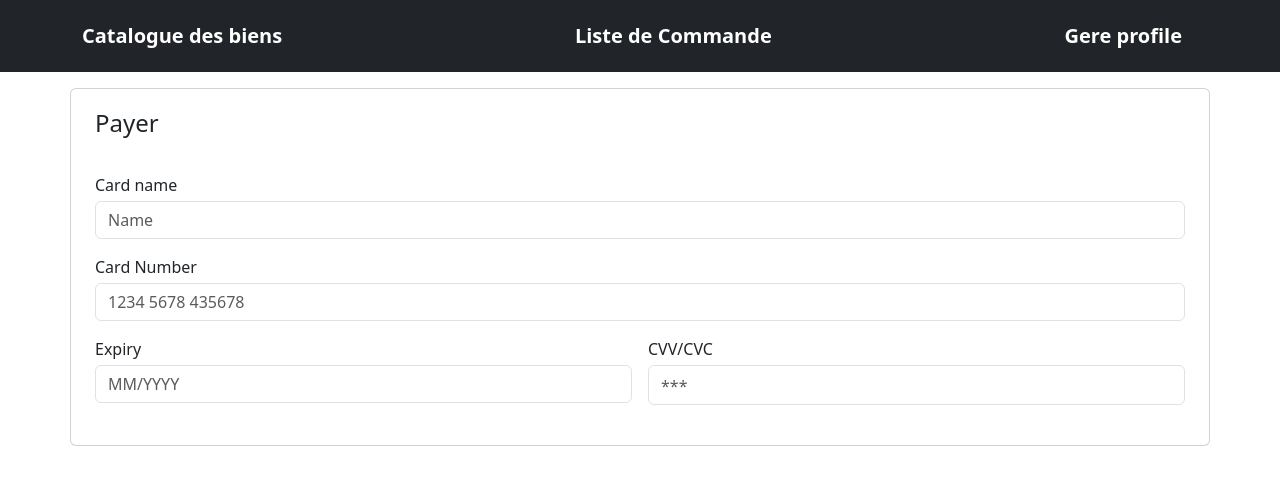
Repository: Jihad2909/Jakarta_Project_Agence_Location
Page: http://localhost/agence_location/payment
An editor plug-in stored every save of this project. The page is shown before and after the next save, followed by the edit.
The browser window is 1280 px wide. The pictures show the whole page.
The page is served by Tomcat 10. Other server files are loaded and not shown.

Above is the page before, as saved 2024-04-25 13:46:21.

### agence_location/src/main/webapp/WEB-INF/Views/payment.jsp
<%@ page language="java" contentType="text/html; charset=UTF-8"
    pageEncoding="UTF-8"%>
<!DOCTYPE html>
<html>
<head>
<meta charset="UTF-8">
<title>Insert title here</title>
    <link href="https://cdn.jsdelivr.net/npm/bootstrap@5.3.3/dist/css/bootstrap.min.css" rel="stylesheet" integrity="sha384-QWTKZyjpPEjISv5WaRU9OFeRpok6YctnYmDr5pNlyT2bRjXh0JMhjY6hW+ALEwIH" crossorigin="anonymous">

</head>
<body>
 <header>
      <div class="navbar p-3 navbar-dark bg-dark box-shadow">
        <div class="container d-flex justify-content-between">
          <a href="cata" class="navbar-brand d-flex align-items-left">
            <strong>Catalogue des biens</strong>
          </a>
          <a href="affichecommande" class="navbar-brand d-flex align-items-right">
            <strong>Liste de Commande</strong>
          </a>
          <a href="profile" class="navbar-brand d-flex align-items-right">
            <strong>Gere profile</strong>
          </a>
        </div>
      </div>
    </header>

	<div class="container p-0 mt-3">
        <div class="card px-4">
            <p class="h8 py-3 fs-4">Payer</p>
            <div class="row gx-3">
                <div class="col-12">
                    <div class="d-flex flex-column">
                        <p class="text mb-1">Card name</p>
                        <input class="form-control mb-3" type="text" placeholder="Name" required>
                    </div>
                </div>
                <div class="col-12">
                    <div class="d-flex flex-column">
                        <p class="text mb-1">Card Number</p>
                        <input class="form-control mb-3" type="text" placeholder="1234 5678 435678"required>
                    </div>
                </div>
                <div class="col-6">
                    <div class="d-flex flex-column">
                        <p class="text mb-1">Expiry</p>
                        <input class="form-control mb-3" type="text" placeholder="MM/YYYY" required>
                    </div>
                </div>
                <div class="col-6">
                    <div class="d-flex flex-column">
                        <p class="text mb-1">CVV/CVC</p>
                        <input class="form-control mb-3 pt-2 " type="password" placeholder="***" required>
                    </div>
                </div>
                <div class="col-12">
                    <button class="btn "></button>
                </div>
            </div>
        </div>
    </div>


</body>
</html>

### agence_location/src/main/java/Controllers/AffichePayment.java
package Controllers;

import jakarta.servlet.ServletException;
import jakarta.servlet.annotation.WebServlet;
import jakarta.servlet.http.HttpServlet;
import jakarta.servlet.http.HttpServletRequest;
import jakarta.servlet.http.HttpServletResponse;
import java.io.IOException;

@WebServlet("/payment")
public class AffichePayment extends HttpServlet {
	private static final long serialVersionUID = 1L;

    /**
     * @see HttpServlet#HttpServlet()
     */
    public AffichePayment() {
        super();
        // TODO Auto-generated constructor stub
    }


	protected void doGet(HttpServletRequest request, HttpServletResponse response) throws ServletException, IOException {
		request.getRequestDispatcher("/WEB-INF/Views/payment.jsp").forward(request, response);
	}

	/**
	 * @see HttpServlet#doPost(HttpServletRequest request, HttpServletResponse response)
	 */
	protected void doPost(HttpServletRequest request, HttpServletResponse response) throws ServletException, IOException {
		// TODO Auto-generated method stub
		doGet(request, response);
	}

}

After the next save:
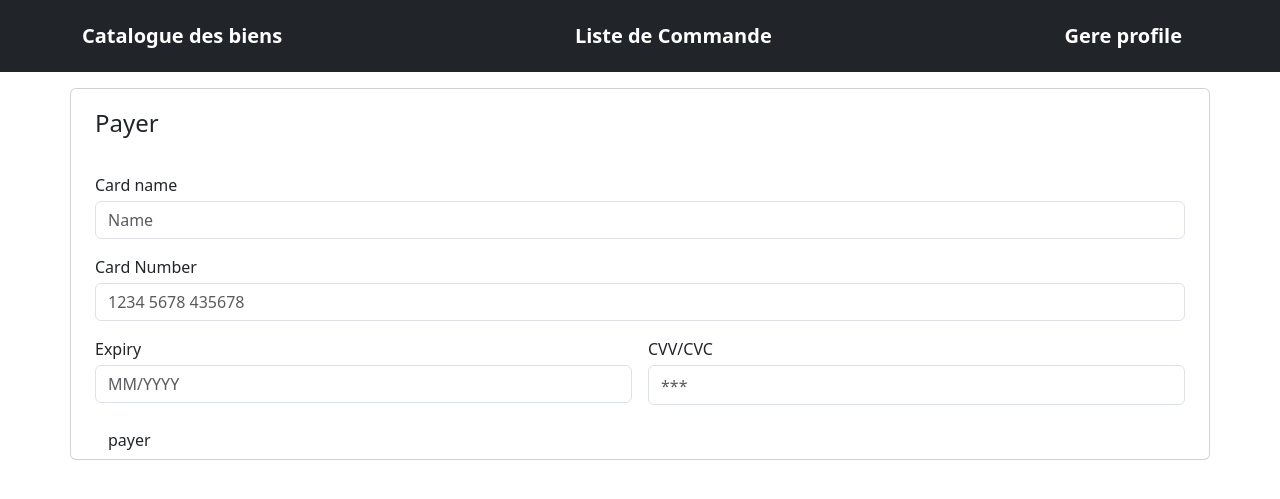
Saved 13 s later.
--- a/agence_location/src/main/webapp/WEB-INF/Views/payment.jsp
+++ b/agence_location/src/main/webapp/WEB-INF/Views/payment.jsp
@@ -54,7 +54,7 @@
                     </div>
                 </div>
                 <div class="col-12">
-                    <button class="btn "></button>
+                    <button class="btn">payer</button>
                 </div>
             </div>
         </div>
